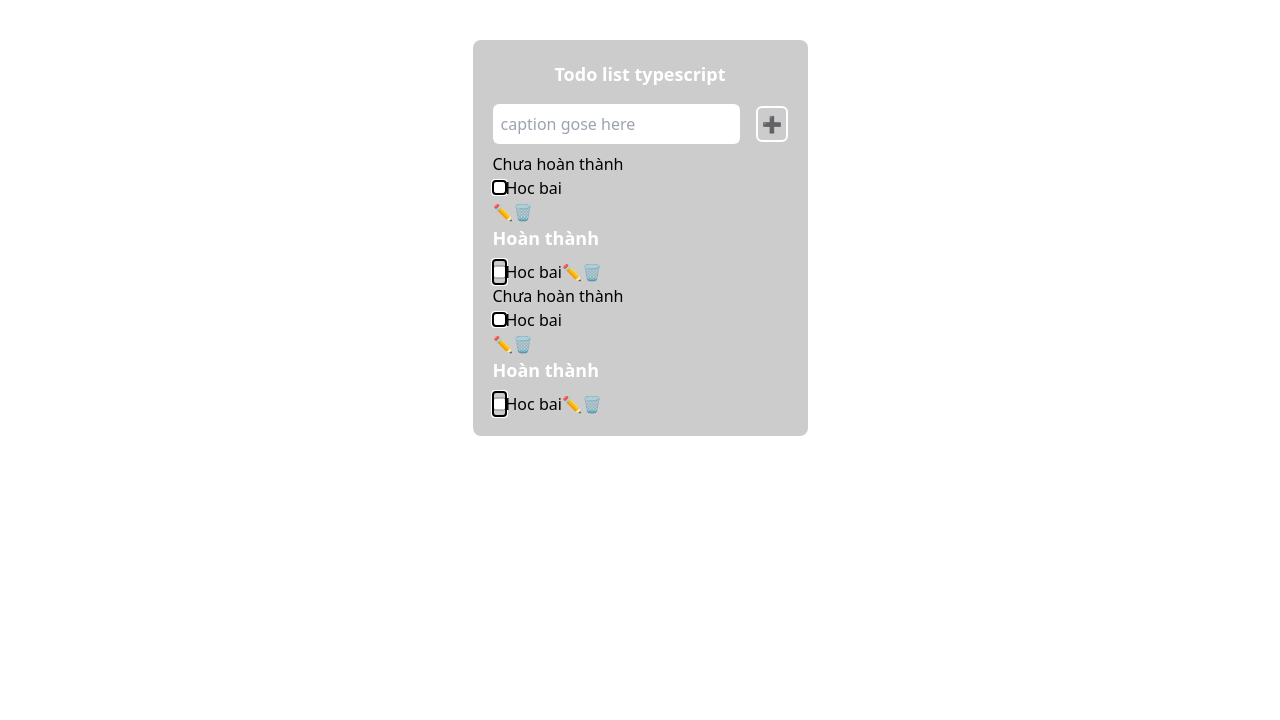
Repository: VIET-TU/react-super-main
Page: / (app in todolist-mybuild/)
These files come from the project's save history. The page is drawn as it stood at one moment and after the next save; the edit follows.
The browser window is 1280 px wide. The pictures show the whole page.
The project was rebuilt for these pictures with package versions that can differ from the ones it lists, and the page was loaded fresh each time. Also part of the build but not shown: todolist-mybuild/vite.config.ts.

Above is the page before, as saved 2023-05-16 07:01:15.

After the next save:
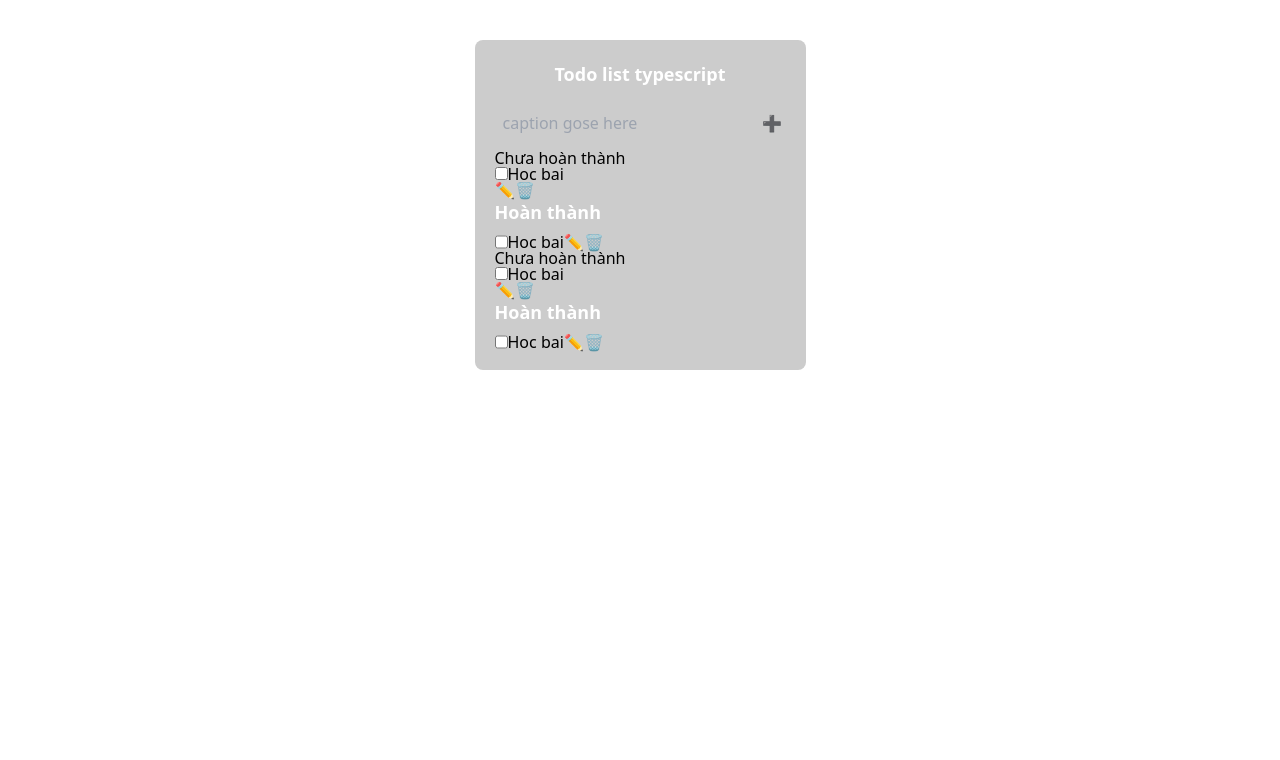
Saved 20 s later.
--- a/todolist-mybuild/src/index.css
+++ b/todolist-mybuild/src/index.css
@@ -2,6 +2,38 @@
 @tailwind components;
 @tailwind utilities;
 
-input {
-  outline: auto;
+css *,
+*:before,
+*:after {
+  box-sizing: border-box;
 }
+* {
+  margin: 0;
+  padding: 0;
+  font: inherit;
+}
+img,
+picture,
+svg,
+video {
+  display: block;
+  max-width: 100%;
+}
+input,
+select,
+textarea {
+  background-color: transparent;
+  outline: none;
+}
+button {
+  cursor: pointer;
+  background-color: transparent;
+  outline: none;
+  border: 0;
+}
+body {
+  min-height: 100vh;
+  font-weight: 400;
+  font-size: 16px;
+  line-height: 1;
+}
